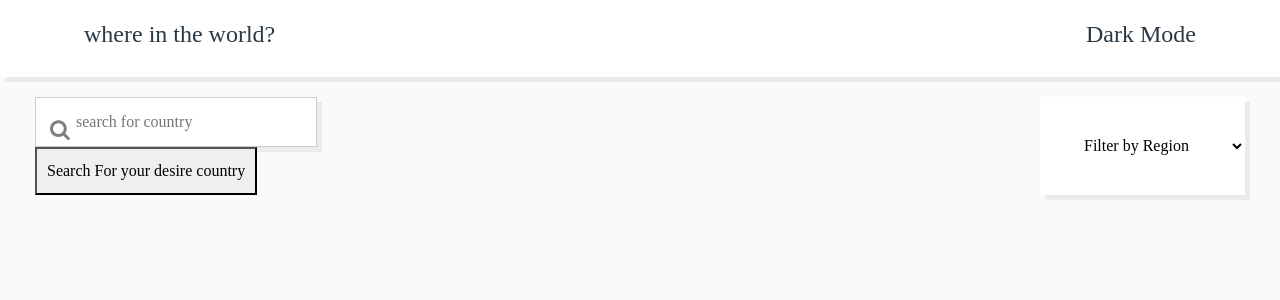
Repository: lamilekan263/countries
Page: /
These files come from the project's save history. The page is drawn as it stood at one moment and after the next save; the edit follows.
The browser window is 1280 px wide. The pictures show the whole page.
The page's requests for data from a server got no answer. The project was rebuilt for these pictures with package versions that can differ from the ones it lists, and the page was loaded fresh each time. No one was signed in, and anything a server would have sent is missing. Also part of the build but not shown: src/components/country/country.css, src/components/country/country.jsx, src/components/selectCountryRegion/selectCountryRegion.component.jsx.

Above is the page before, as saved 2020-07-30 16:35:56.

After the next save:
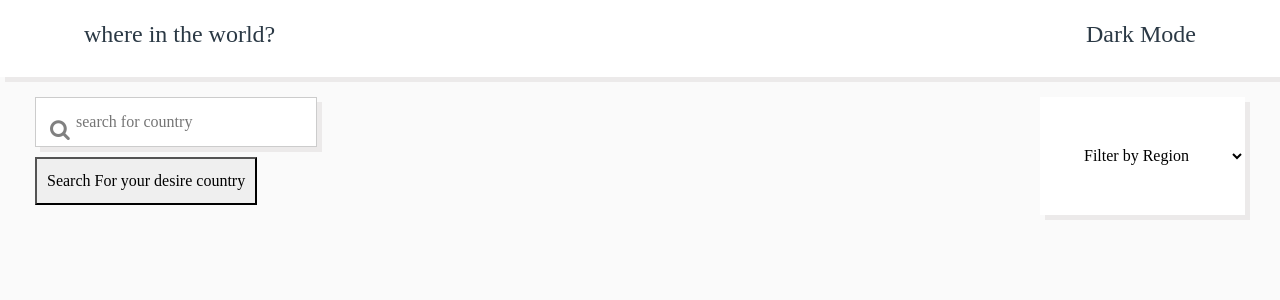
Saved 11 s later.
--- a/src/components/form.component/form.styles.css
+++ b/src/components/form.component/form.styles.css
@@ -8,5 +8,7 @@
 }
 
 button{
+    margin:10px 0;
+
     padding:10px;
 }
